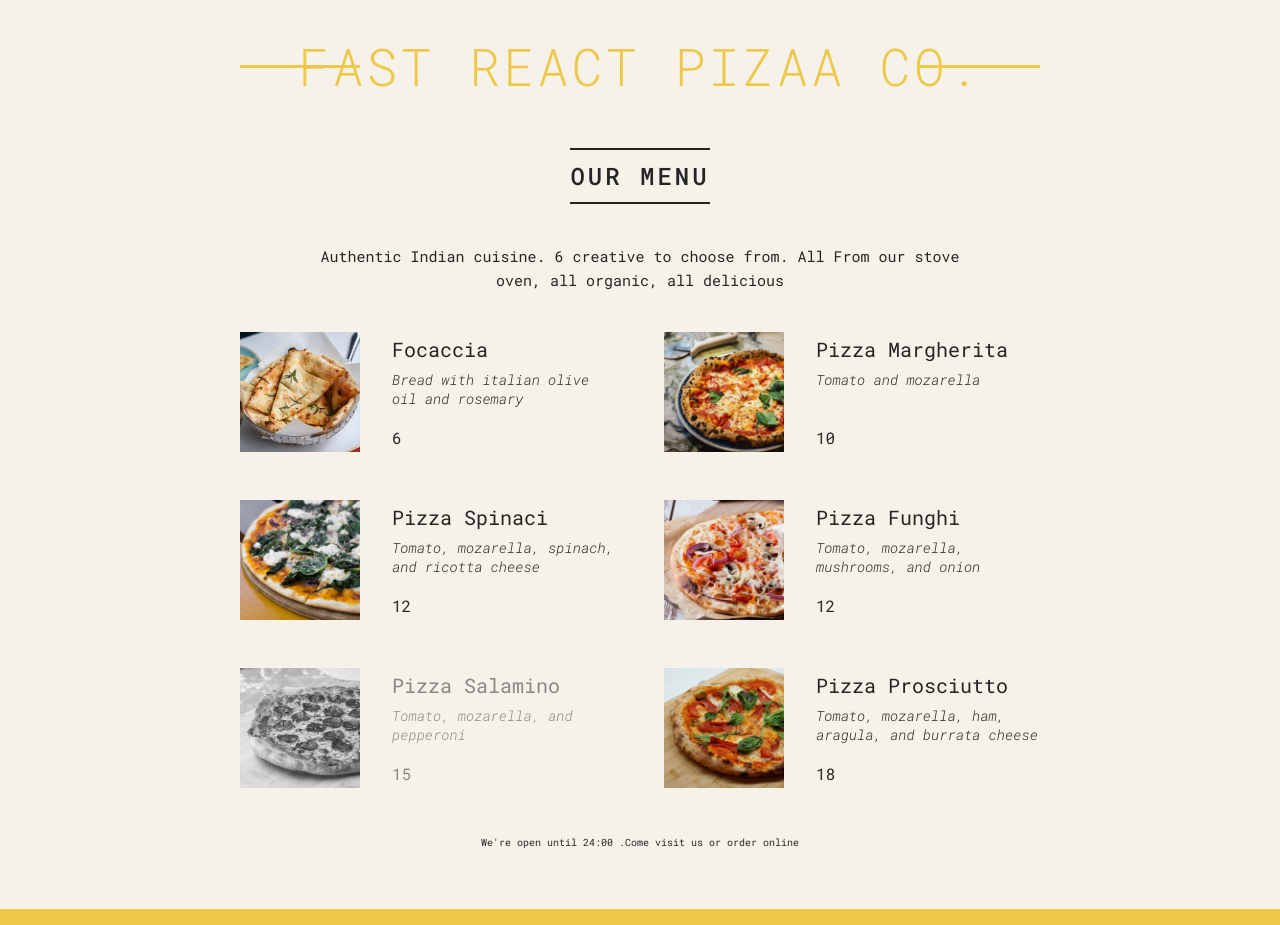
Repository: balaji-ummadisetty/reactPropsPractice
Page: /
The author's editor kept a copy of each file at every save. The page is drawn from the files as they stood at one save, then again after a run of saves.
The browser window is 1280 px wide. The pictures show the whole page.
The project was rebuilt for these pictures with package versions that can differ from the ones it lists, and the page was loaded fresh each time. Also part of the build but not shown: vite.config.js.

Above is the page before, as saved 2024-05-08 23:35:07.

### src/App.jsx
import React from 'react';
import './App.css';
import { pizzaData } from './data.js';

function Pizza(props) {

    return (
        <div className={`pizza ${props.soldOut && "sold-out"}`}>
            <img src={props.photoName} alt={props.photoName} />
            <div>
                <h3>{props.name}</h3>
                <p>{props.ingredients}</p>
                <span>{props.price}</span>
            </div>
        </div>
    );
}

const Header = () => {
    // const styled = {color: 'red' , fontSize : '32px'};
    return (
        <header className='header'>
            <h1>FAST REACT PIZAA CO.</h1>
        </header>
    );
}
const Menu = () => {
    return (
        <main className="menu" >
            <h2>Our menu</h2>
            <p>Authentic Indian cuisine. 6 creative to choose from. All From our stove oven, all organic, all delicious</p>
            <div className='pizzas'>
                {pizzaData.map((data) => {
                    return <Pizza name={data.name} ingredients={data.ingredients} price={data.price} photoName={data.photoName} soldOut={data.soldOut} />
                })}
            </div>
        </main>
    )
}
const Footer = () => {

    const hour = new Date().getHours();
    const openHour = 12;
    const closeHour = 24;
    const isopen = hour >= openHour && hour <= closeHour;

    if (!isopen) {
        return (
            <p>We're happy to welcome uou between {openHour}:00 and {closeHour}:00 </p>
        );
    }
    return (
        <footer className='footers'>
            <div className='order'>We're open until {closeHour}:00 .Come visit us or order online</div>
            </footer>
    );
}

function App() {
    return (
        <div className="container">
            <Header />
            <Menu />
            <Footer />
        </div>
    );
}

export default App;

### src/data.js
export const pizzaData = [
  {
    name: "Focaccia",
    ingredients: "Bread with italian olive oil and rosemary",
    price: 6,
    photoName: "pizzas/focaccia.jpg",
    soldOut: false,
  },
  {
    name: "Pizza Margherita",
    ingredients: "Tomato and mozarella",
    price: 10,
    photoName: "pizzas/margherita.jpg",
    soldOut: false,
  },
  {
    name: "Pizza Spinaci",
    ingredients: "Tomato, mozarella, spinach, and ricotta cheese",
    price: 12,
    photoName: "pizzas/spinaci.jpg",
    soldOut: false,
  },
  {
    name: "Pizza Funghi",
    ingredients: "Tomato, mozarella, mushrooms, and onion",
    price: 12,
    photoName: "pizzas/funghi.jpg",
    soldOut: false,
  },
  {
    name: "Pizza Salamino",
    ingredients: "Tomato, mozarella, and pepperoni",
    price: 15,
    photoName: "pizzas/salamino.jpg",
    soldOut: true,
  },
  {
    name: "Pizza Prosciutto",
    ingredients: "Tomato, mozarella, ham, aragula, and burrata cheese",
    price: 18,
    photoName: "pizzas/prosciutto.jpg",
    soldOut: false,
  },
];

Loaded but not shown: index.html (common file); src/main.jsx (common file); src/index.css (common file); src/App.css (common file)

After the next 3 saves:
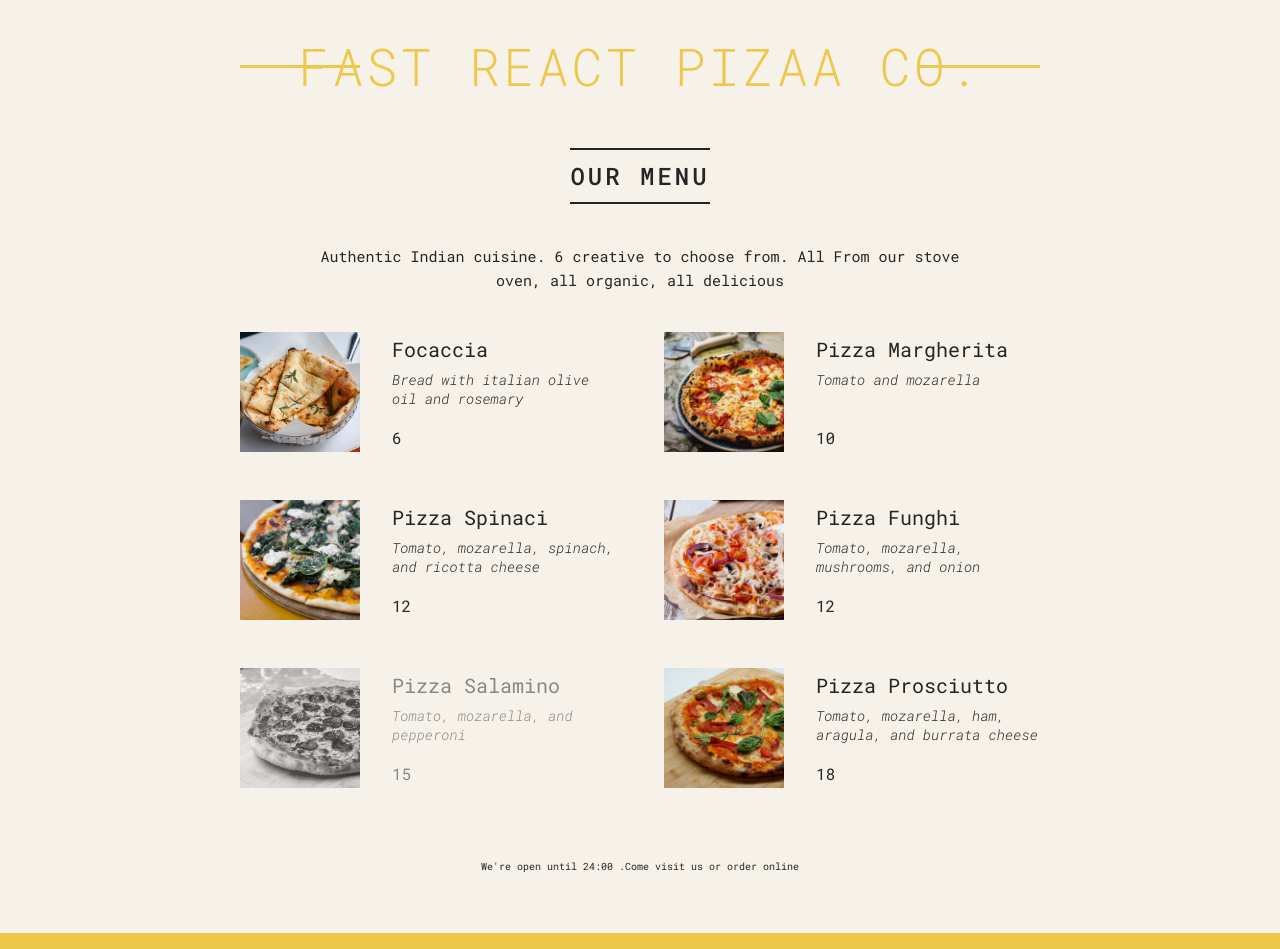
The 3 saves are shown as one change because they came seconds apart.
The last was saved 12 s later.
--- a/src/App.jsx
+++ b/src/App.jsx
@@ -51,7 +51,8 @@
     }
     return (
         <footer className='footers'>
-            <div className='order'>We're open until {closeHour}:00 .Come visit us or order online</div>
+            <div className='order'>
+                <p></p>We're open until {closeHour}:00 .Come visit us or order online</div>
             </footer>
     );
 }

After the 3 saves that followed:
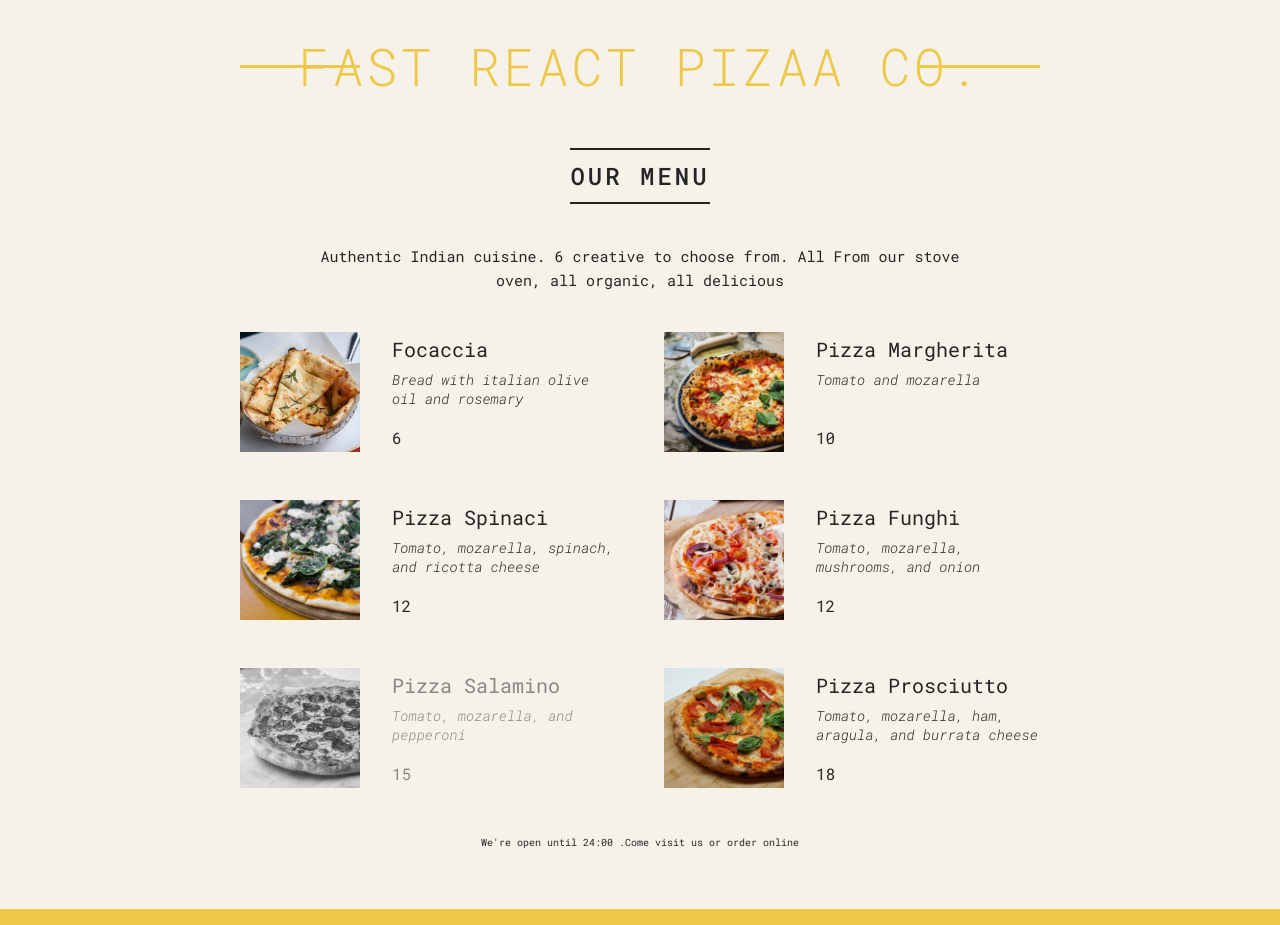
The 3 saves are shown as one change because 1 did not build or start and some came seconds apart.
The last was saved 16 s later.
--- a/src/App.jsx
+++ b/src/App.jsx
@@ -52,7 +52,8 @@
     return (
         <footer className='footers'>
             <div className='order'>
-                <p></p>We're open until {closeHour}:00 .Come visit us or order online</div>
+                <p>We're open until {closeHour}:00 .Come visit us or order online</p>
+                </div>
             </footer>
     );
 }
